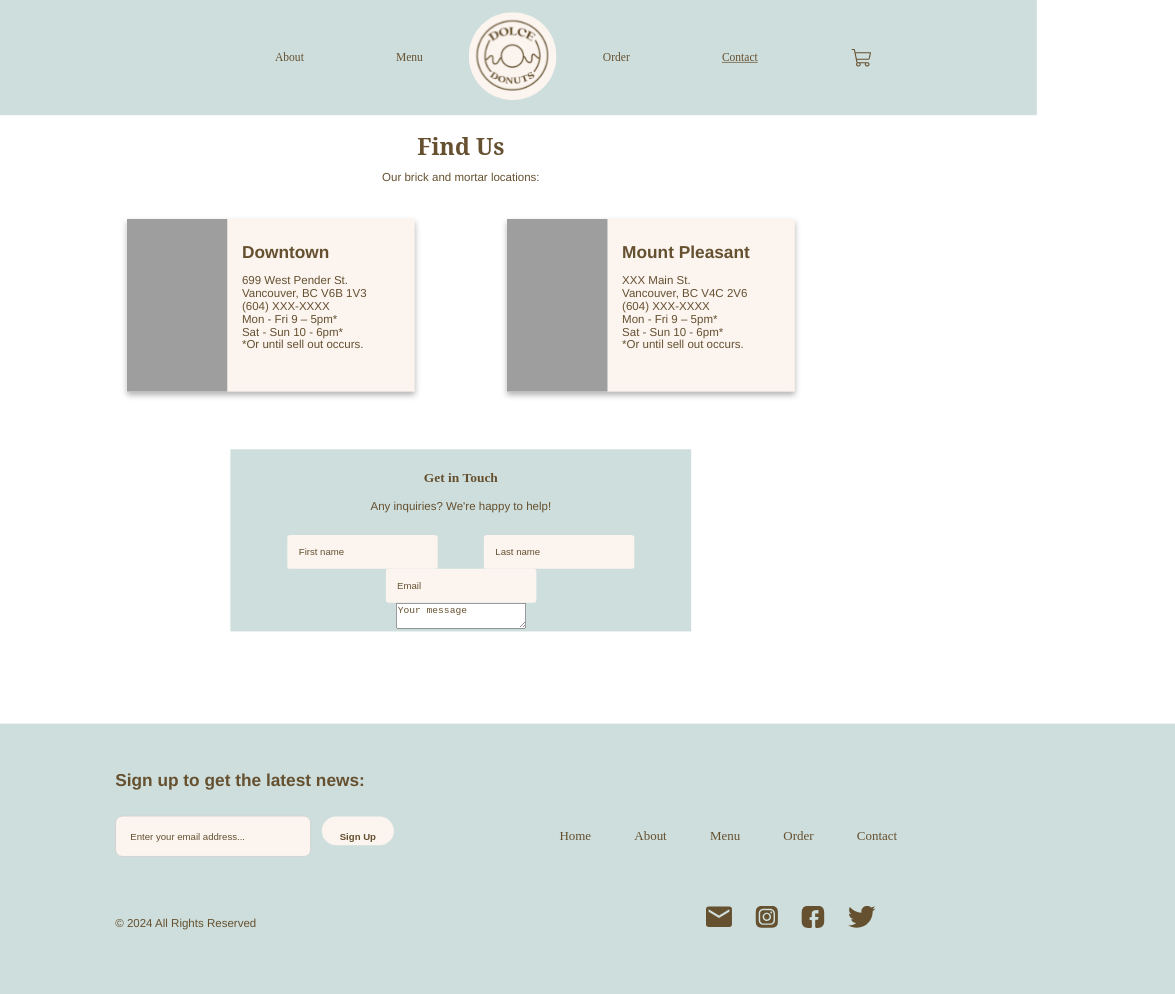
Repository: Crystalhtc/dolcedonuts
Page: /contact
An editor plug-in stored every save of this project. The page is shown before and after the next save, followed by the edit.
The browser window is 1280 px wide. The page is 1632 px wide, so the pictures cover 1632 px, including what lies to the right of the window. The pictures show the whole page, at 72% of full size.
Pictures or frames that could not be fetched are drawn as grey boxes. The project was rebuilt for these pictures with package versions that can differ from the ones it lists, and the page was loaded fresh each time. Also part of the build but not shown: vite.config.js, src/pages/Home.module.css, src/pages/Home.jsx, src/components/ProductCard/ProductCard.jsx, src/Data/products.js, src/pages/Order.css, src/pages/Menu.jsx, src/pages/Order.jsx and 13 more.

Above is the page before, as saved 2024-10-20 15:24:46.

After the next save:
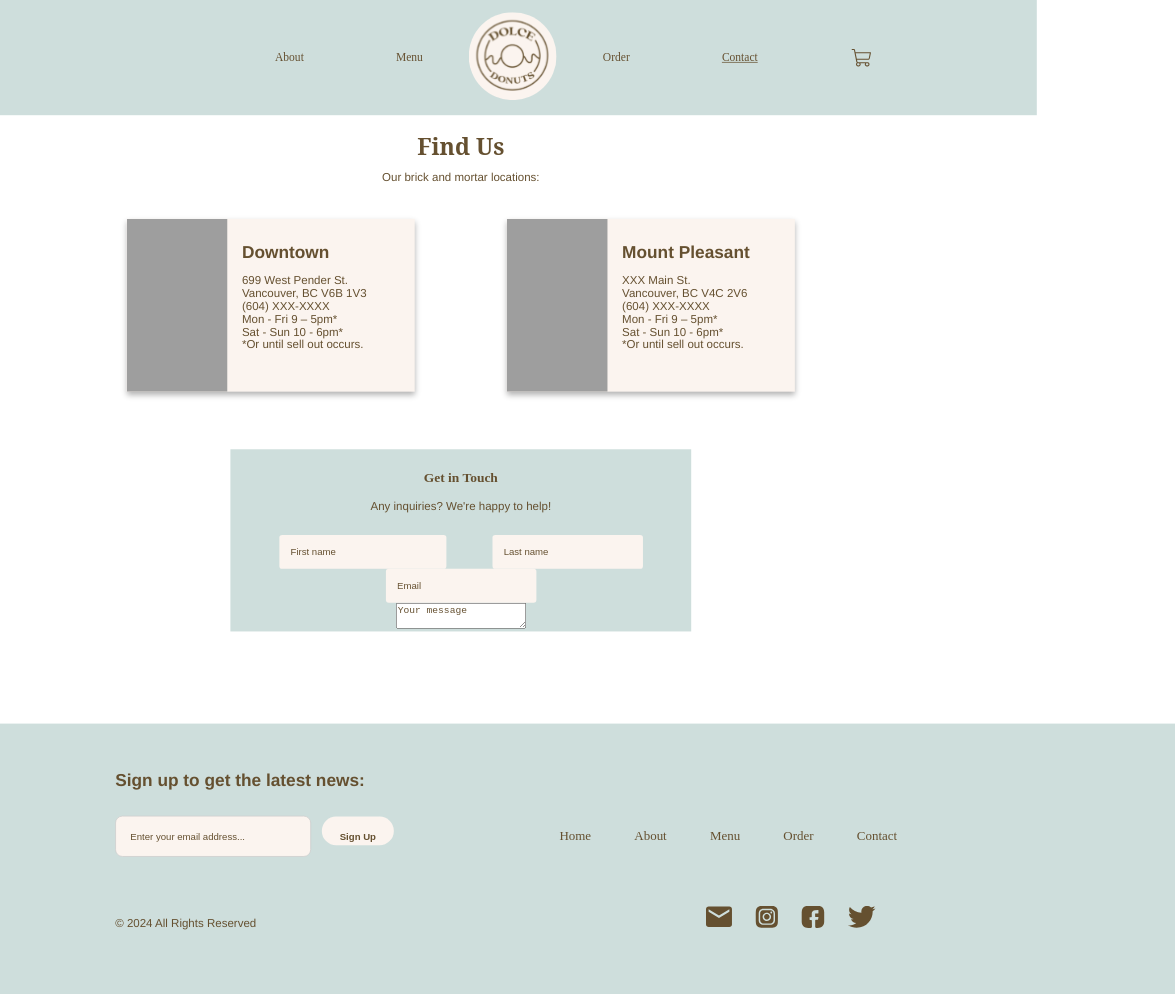
Saved 7 s later.
--- a/src/components/ContactUsForm/ContactForm.module.css
+++ b/src/components/ContactUsForm/ContactForm.module.css
@@ -18,7 +18,7 @@
 }
 
 .inputWidth{
-    width: ;
+    width: 200px;
 }
 
 form {
